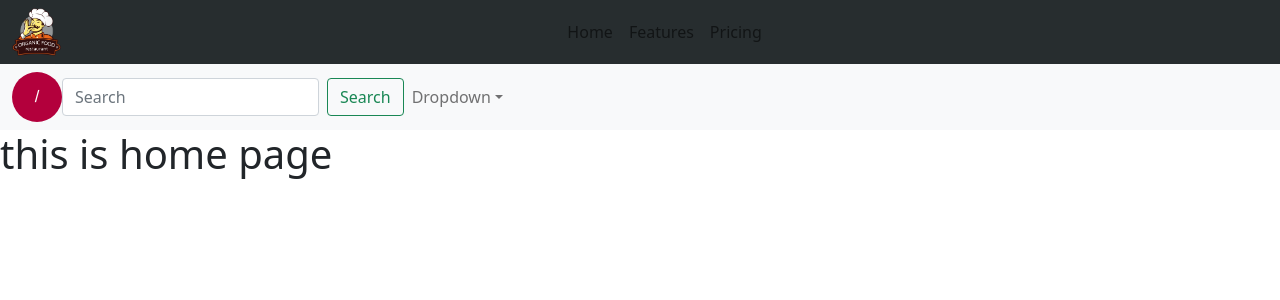
Repository: mdrubel02/organic-food-restaurnat
Page: /
An editor plug-in stored every save of this project. The page is shown before and after the next save, followed by the edit.
The browser window is 1280 px wide. The pictures show the whole page.
The project was rebuilt for these pictures with package versions that can differ from the ones it lists, and the page was loaded fresh each time.

Above is the page before, as saved 2022-07-02 16:18:49.

After the next save:
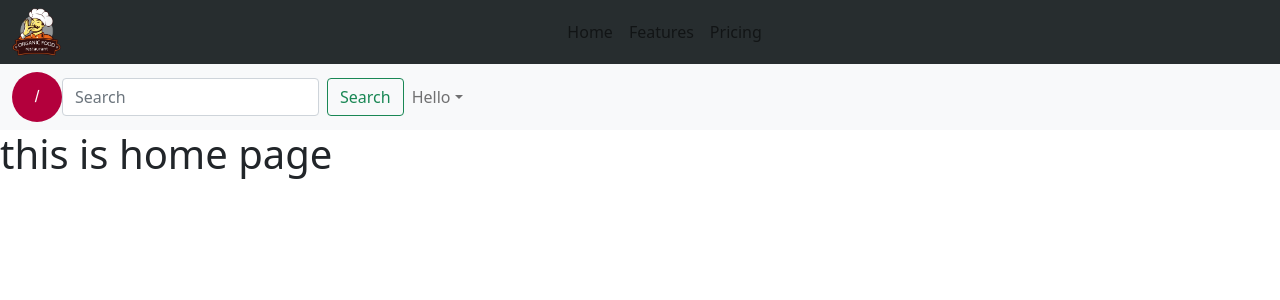
Saved 49 s later.
--- a/src/Components/Header/HeaderTwo.js
+++ b/src/Components/Header/HeaderTwo.js
@@ -37,7 +37,7 @@ const HeaderTwo = () => {
                     style={{ maxHeight: '100px' }}
                     navbarScroll
                 >
-                    <NavDropdown title="Dropdown" id="basic-nav-dropdown">
+                    <NavDropdown title="Hello" >
                         <NavDropdown.Item href="#action/3.1">Action</NavDropdown.Item>
                         <NavDropdown.Item href="#action/3.2">
                             Another action
